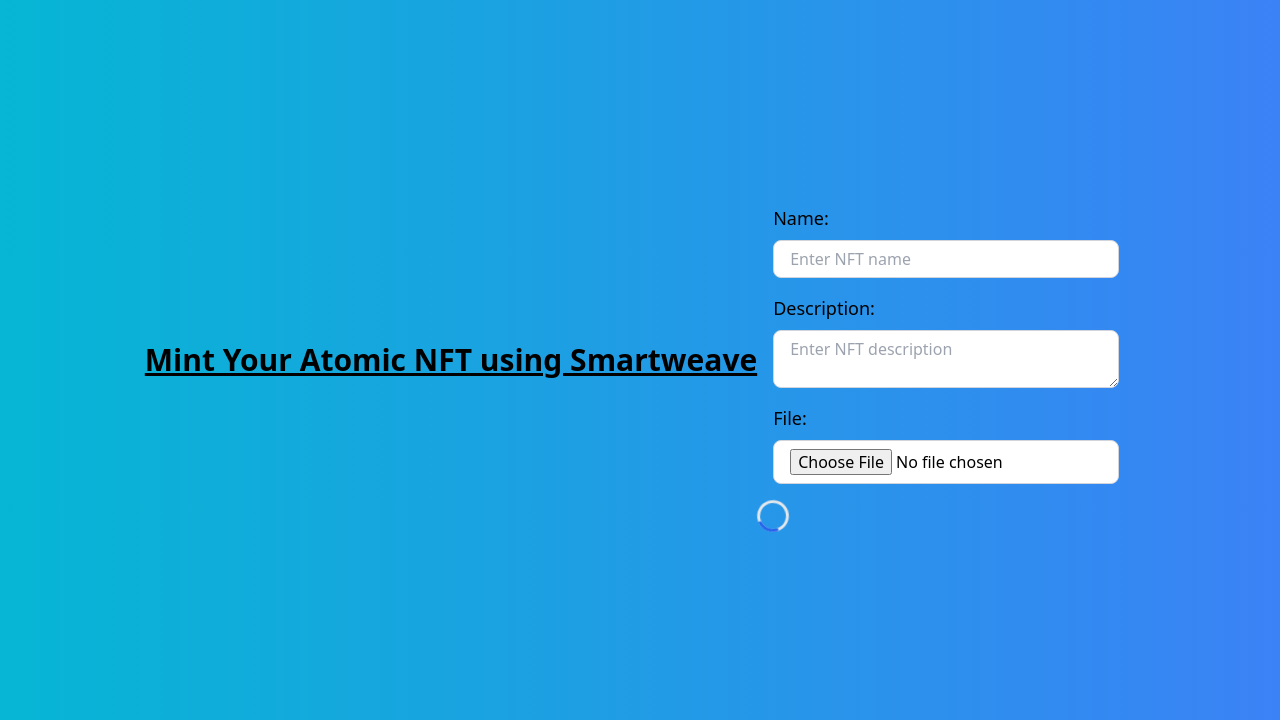
Repository: pawelpiwowarski/arweave-nft
Page: /
These files come from the project's save history. The page is drawn as it stood at one moment and after the next save; the edit follows.
The browser window is 1280 px wide. The pictures show the whole page.
The project was rebuilt for these pictures with package versions that can differ from the ones it lists, and the page was loaded fresh each time. The framework's server and built-in components were replaced by stand-ins that run in the browser.

Above is the page before, as saved 2023-01-30 22:53:48.

After the next save:
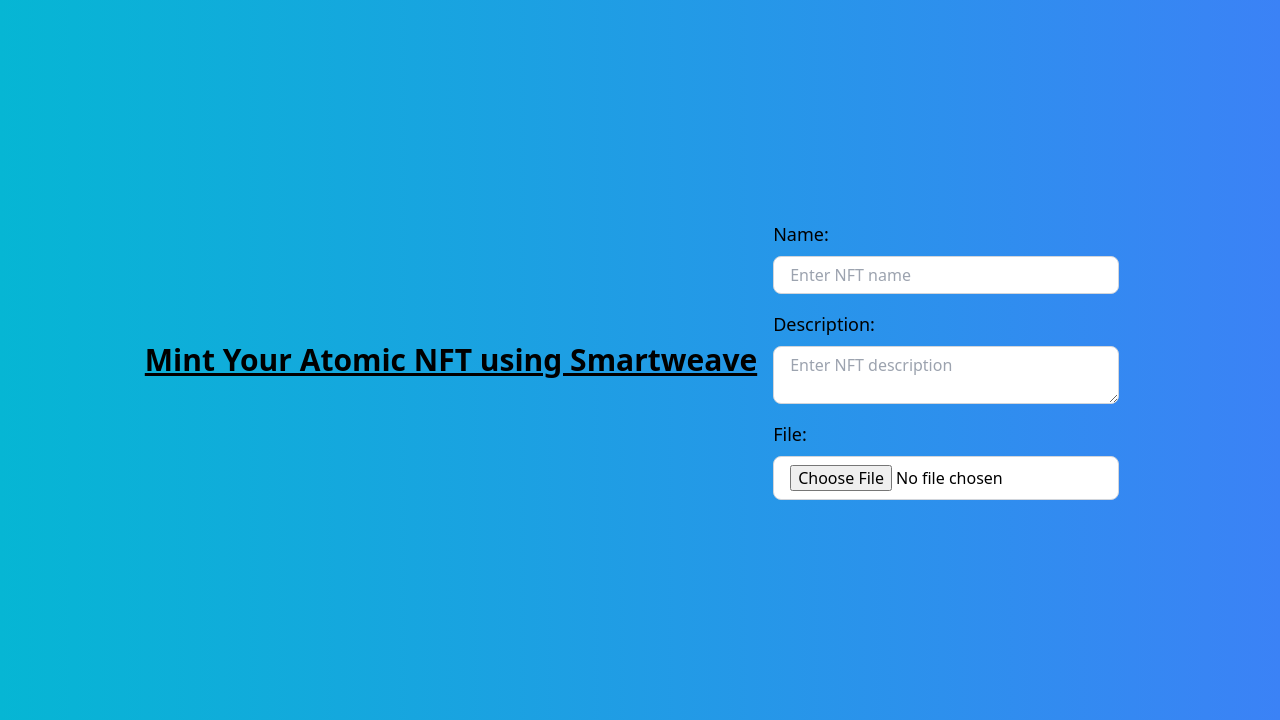
Saved 9 s later.
--- a/pages/index.tsx
+++ b/pages/index.tsx
@@ -91,7 +91,7 @@
     </button>
     </div>
 }
-{ !loading &&
+{ loading &&
 
 <div role="status">
     <svg aria-hidden="true" className="w-8 h-8 mr-2 text-gray-200 animate-spin dark:text-gray-600 fill-blue-600" viewBox="0 0 100 101" fill="none" xmlns="http://www.w3.org/2000/svg">
